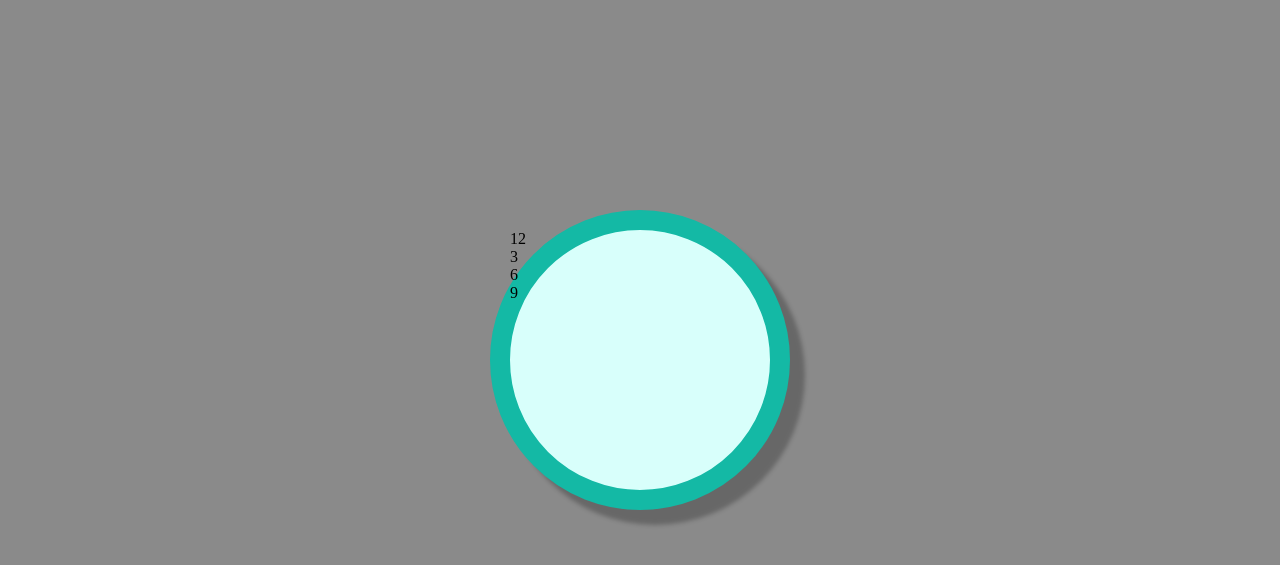
Repository: ChenWarren/web-clock
Page: index.html
These files come from the project's save history. The page is drawn as it stood at one moment and after the next save; the edit follows.
The browser window is 1280 px wide. The pictures show the whole page.

Above is the page before, as saved 2021-03-18 20:48:49.

After the next save:
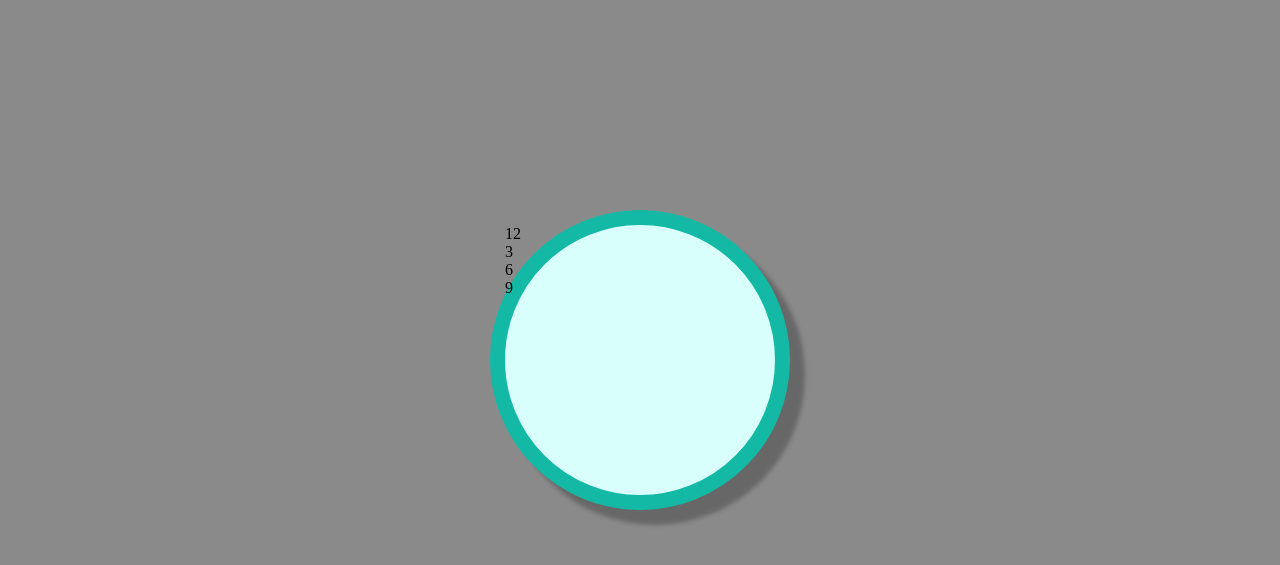
Saved 14 s later.
--- a/main.css
+++ b/main.css
@@ -19,7 +19,7 @@ body {
     height: 300px;
     border-radius: 50%;
     background: #d8fffb;
-    border: 20px solid #14B9A5;
+    border: 15px solid #14B9A5;
     box-sizing: border-box;
     box-shadow: 15px 15px 4px rgba(0, 0, 0, 0.25);
 }
